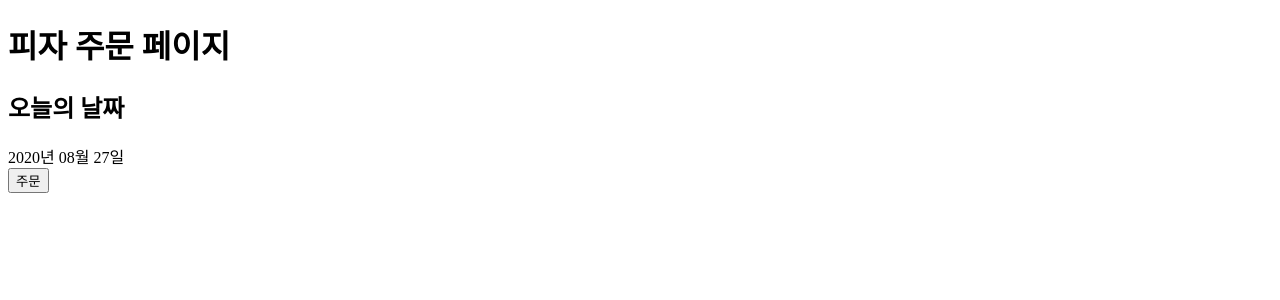
Repository: pje00427/webserver_workspace1
Page: http://localhost/2_JSP/views/04_pizzaOrderForm.jsp
An editor plug-in stored every save of this project. The page is shown before and after the next save, followed by the edit.
The browser window is 1280 px wide. The pictures show the whole page.
The page is served by Tomcat 9.

Above is the page before, as saved 2020-08-31 03:37:57.

### 2_JSP/WebContent/views/04_pizzaOrderForm.jsp
<%@ page language="java" contentType="text/html; charset=UTF-8"
    pageEncoding="UTF-8"%>
<!DOCTYPE html>
<html>
<head>
<meta charset="UTF-8">
<title>Insert title here</title>
</head>
<body>
	<h1>피자 주문 페이지</h1>

	<h2>오늘의 날짜</h2>
	<%@ include file="includePage.jsp" %>

	<form action="">


		<button type="submit">주문</button>
	</form>

</body>
</html>

### 2_JSP/WebContent/views/includePage.jsp
<%@ page language="java" contentType="text/html; charset=UTF-8"
    pageEncoding="UTF-8"%>
<%@ page import="java.util.Date, java.text.SimpleDateFormat" %>

<%
	Date now = new Date();
	SimpleDateFormat sdf = new SimpleDateFormat("yyyy년 MM월 dd일");
	String today = sdf.format(now); // "2020년 08월 31일"
	String msg = "하이욤";
%>
<!DOCTYPE html>
<html>
<head>
<meta charset="UTF-8">
<title>Insert title here</title>
</head>
<body>
	<%= today %><br>
</body>
</html>

After the next save:
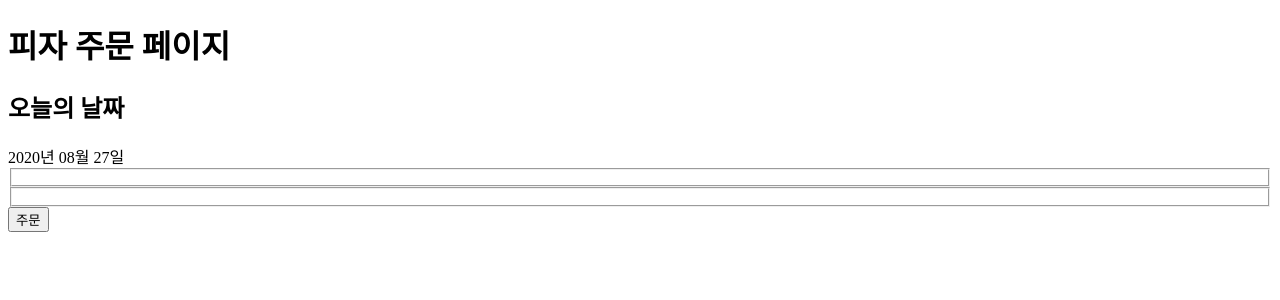
Saved 83 s later.
--- a/2_JSP/WebContent/views/04_pizzaOrderForm.jsp
+++ b/2_JSP/WebContent/views/04_pizzaOrderForm.jsp
@@ -12,9 +12,13 @@
 	<h2>오늘의 날짜</h2>
 	<%@ include file="includePage.jsp" %>
 
-	<form action="">
+	<form action="/2_JSP/confirmPizza.do" method="post">
+		<fieldset>
 
+		</fieldset>
+		<fieldset>
 
+		</fieldset>
 		<button type="submit">주문</button>
 	</form>
 
